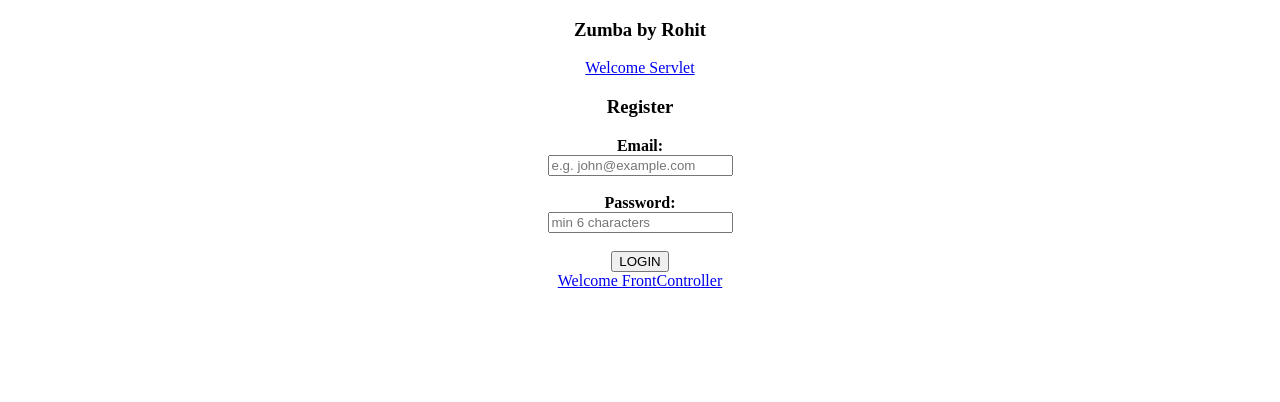
Repository: ronetteguevara/CalTech-ZumbaApp
Page: ZumbaApp/ZumbaApp/src/main/webapp/register.html
An editor plug-in stored every save of this project. The page is shown before and after the next save, followed by the edit.
The browser window is 1280 px wide. The pictures show the whole page.

Above is the page before, as saved 2024-04-30 06:03:13.

### ZumbaApp/ZumbaApp/src/main/webapp/register.html
<!DOCTYPE html>
<html>
<head>
<meta charset="UTF-8">
<title>Register</title>
</head>
<body>
	<center>
		<h3>Zumba by Rohit</h3>
		<a href="Welcome">Welcome Servlet</a>
		<h3>Register</h3>
		<form action="Register" method="post">
			<b>Email:</b><br>
			<input type="text" name="txtEmail" placeholder="e.g. john@example.com"/><br><br>
			<b>Password:</b><br>
			<input type="password" name="txtPassword" placeholder="min 6 characters"/><br><br>
			<input type="submit" value="LOGIN"/>
		</form>
		<a href="Front">Welcome FrontController</a>
	</center>
</body>
</html>

After the next save:
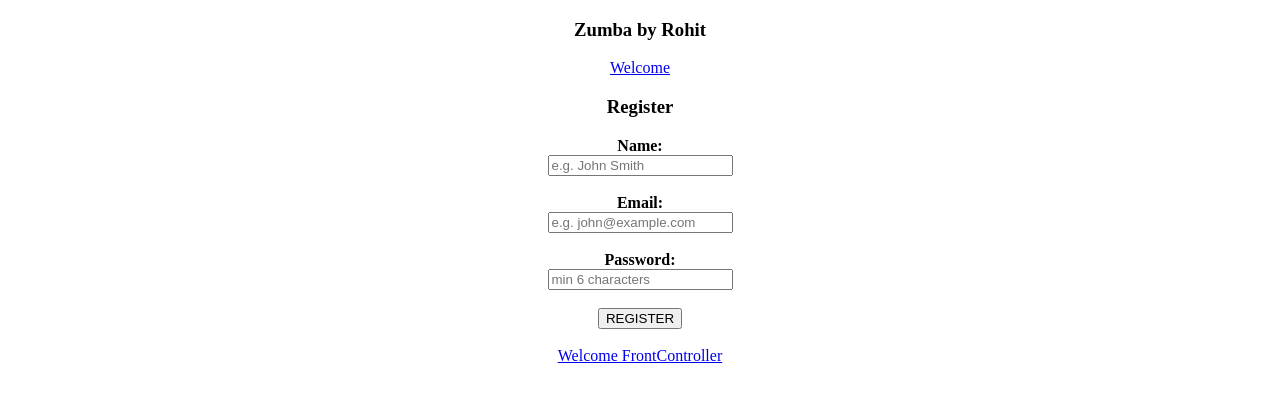
Saved 8 h 10 min later.
--- a/ZumbaApp/ZumbaApp/src/main/webapp/register.html
+++ b/ZumbaApp/ZumbaApp/src/main/webapp/register.html
@@ -7,15 +7,18 @@
 <body>
 	<center>
 		<h3>Zumba by Rohit</h3>
-		<a href="Welcome">Welcome Servlet</a>
+		<a href="Welcome">Welcome</a>
 		<h3>Register</h3>
 		<form action="Register" method="post">
+			<b>Name:</b><br>
+			<input type="text" name="txtName" placeholder="e.g. John Smith"/><br><br>
 			<b>Email:</b><br>
 			<input type="text" name="txtEmail" placeholder="e.g. john@example.com"/><br><br>
 			<b>Password:</b><br>
 			<input type="password" name="txtPassword" placeholder="min 6 characters"/><br><br>
-			<input type="submit" value="LOGIN"/>
+			<input type="submit" value="REGISTER"/>
 		</form>
+		<br>
 		<a href="Front">Welcome FrontController</a>
 	</center>
 </body>
